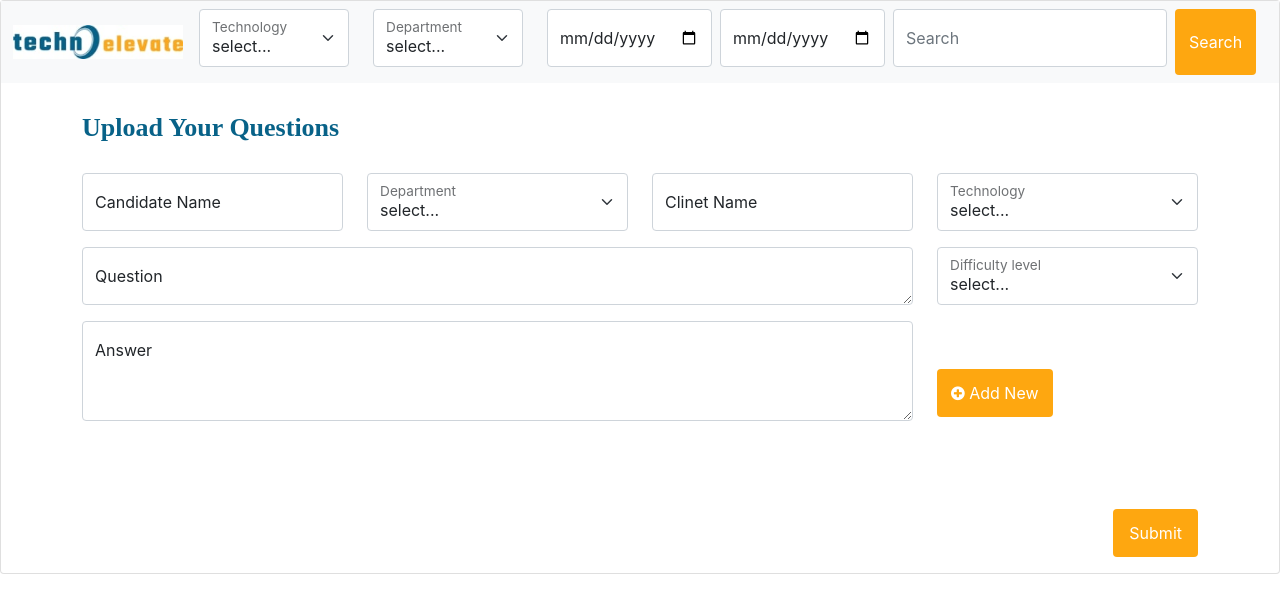
Repository: aajoshi3/casestudy
Page: /
An editor plug-in stored every save of this project. The page is shown before and after the next save, followed by the edit.
The browser window is 1280 px wide. The pictures show the whole page.
The project was rebuilt for these pictures with package versions that can differ from the ones it lists, and the page was loaded fresh each time. Also part of the build but not shown: src/components/CustomNavbar3.js, src/components/SearchView.js.

Above is the page before, as saved 2021-10-11 01:42:16.

### public/index.html
<!DOCTYPE html>
<html lang="en">
  <head>
    <meta charset="utf-8" />
    <link rel="icon" href="%PUBLIC_URL%/favicon.ico" />
    <meta name="viewport" content="width=device-width, initial-scale=1" />
    <meta name="theme-color" content="#000000" />
    <meta
      name="description"
      content="Web site created using create-react-app"
    />
    <link rel="apple-touch-icon" href="%PUBLIC_URL%/logo192.png" />
    <link
    rel="stylesheet"
    href="https://cdn.jsdelivr.net/npm/bootstrap@5.1.1/dist/css/bootstrap.min.css"
    integrity="sha384-F3w7mX95PdgyTmZZMECAngseQB83DfGTowi0iMjiWaeVhAn4FJkqJByhZMI3AhiU"
    crossorigin="anonymous">
    <link rel="stylesheet" href="https://cdnjs.cloudflare.com/ajax/libs/font-awesome/4.7.0/css/font-awesome.min.css">
  <link href="/your-path-to-fontawesome/css/fontawesome.css" rel="stylesheet">
    <link href="/your-path-to-fontawesome/css/brands.css" rel="stylesheet">
    <link href="/your-path-to-fontawesome/css/solid.css" rel="stylesheet">

    <link href="https://cdn.jsdelivr.net/npm/bootstrap@5.0.0-beta3/dist/css/bootstrap.min.css" rel="stylesheet" integrity="sha384-eOJMYsd53ii+scO/bJGFsiCZc+5NDVN2yr8+0RDqr0Ql0h+rP48ckxlpbzKgwra6" crossorigin="anonymous">

    <!--
      manifest.json provides metadata used when your web app is installed on a
      user's mobile device or desktop. See https://developers.google.com/web/fundamentals/web-app-manifest/
    -->
    <link rel="manifest" href="%PUBLIC_URL%/manifest.json" />
    <!--
      Notice the use of %PUBLIC_URL% in the tags above.
      It will be replaced with the URL of the `public` folder during the build.
      Only files inside the `public` folder can be referenced from the HTML.

      Unlike "/favicon.ico" or "favicon.ico", "%PUBLIC_URL%/favicon.ico" will
      work correctly both with client-side routing and a non-root public URL.
      Learn how to configure a non-root public URL by running `npm run build`.
    -->
    <title>React App</title>
  </head>
  <body>
    <noscript>You need to enable JavaScript to run this app.</noscript>
    <div id="root"></div>
    <!--
      This HTML file is a template.
      If you open it directly in the browser, you will see an empty page.

      You can add webfonts, meta tags, or analytics to this file.
      The build step will place the bundled scripts into the <body> tag.

      To begin the development, run `npm start` or `yarn start`.
      To create a production bundle, use `npm run build` or `yarn build`.
    -->
  </body>
</html>

### src/App.js
// import Button from '@restart/ui/esm/Button';
import { Col,  Container,  FloatingLabel, Row } from 'react-bootstrap';
import {Card} from "react-bootstrap"
import './App.css';
import UploadQuestion from './components/UploadQuestion';
import{Form} from "react-bootstrap"
 import CustomNavbar from './components/CustomNavbar';
import CustomNavbar3 from './components/CustomNavbar3';
import routing from './router';
import { BrowserRouter } from 'react-router-dom';
import { useState } from 'react';
// import CustomNav2 from './components/CustomNav2';

function App() {
  const [primaryInfo, setprimaryInfo] = useState({
    candidateName: "",
    department: "",
    clientName: "",
    technology: "",
    questions: [],
  });

  const saveData=()=>{
    const getQuestionsCopy=[...questions]
    setprimaryInfo({
      ...primaryInfo,
      questions:[getQuestionsCopy]
    })
  }

  const updatePrimaryInfo = (event) =>{
    debugger
    setprimaryInfo({
      ...primaryInfo,
      [event.target.name]: event.target.value,
    });
    console.log(primaryInfo)

  };

  const [questions, setquestions] = useState([
    {
      question: "",
      answer: "",
      diffiultyLevel: "",
    },
  ]);




  console.log('---------------------------------------')

  const handleQuestionChange = (i, event) => {
    // debugger
    const arrayQuestionCopy = [...questions];
    arrayQuestionCopy[i].question = event.target.value;
    setquestions(arrayQuestionCopy);
    // console.log(questions[i]);
  };

  const handleLevelChange=(i,event)=>{
    const arrayLevelCopy = [...questions];
    arrayLevelCopy[i].diffiultyLevel = event.target.value;
    setquestions(arrayLevelCopy);
    console.log(questions[i]);
  }

  const handleAnswerChange=(i,event)=>{

    const arrayAnswerCopy = [...questions];
    arrayAnswerCopy[i].answer = event.target.value;
    setquestions(arrayAnswerCopy);
    console.log(questions[i]);
  }

  const handleRemoveClick = (index) => {

    const questionsCopy = [...questions];
    questionsCopy.splice(index, 1);
    setquestions(questionsCopy);
    alert('question is deleted')
  };

  const handleAddClick = () => {
    const questionsCopy = [...questions];
    questionsCopy.push([{ question: "", answer: "", diffiultyLevel: "" }]);
    setquestions(questionsCopy);

  };
  return (
    <BrowserRouter>
    <div className="App">

<Card>
<CustomNavbar />
{routing}
{/* <CustomNav2 /> */}
{/* <CustomNavbar3 /> */}
  <Card.Body>

<Container>
<UploadQuestion />
<Row xs={1} sm={2} md={4} lg={4}>

<Col  ><FloatingLabel  controlId="floatingInput"  label="Candidate Name"  className="mb-3"  size ="md"  id=''>
<Form.Control type="text" placeholder=" hi" name="candidateName"
value={primaryInfo.candidateName}
onChange={(event)=>updatePrimaryInfo(event)}/>
  </FloatingLabel></Col>

    <Col><FloatingLabel controlId="floatingSelect" label="Department" className="mb-3">
  <Form.Select aria-label="Floating label select example" name="department"
  value={primaryInfo.department}
  onChange={(event)=>updatePrimaryInfo(event)}>
    <option>select... </option>
    <option value="1">HR</option>
    <option value="2">IT</option>
    <option value="3">ACCOUNTS</option>
  </Form.Select>
</FloatingLabel></Col>

<Col  ><FloatingLabel  controlId="floatingInput"  label="Clinet Name"  className="mb-3"  size ="md"  id=''>
<Form.Control type="text" placeholder=" hi" name="clientName"
value={primaryInfo.clientName}
onChange={(event)=>updatePrimaryInfo(event)} />
  </FloatingLabel></Col>

    <Col>

    <FloatingLabel controlId="floatingSelect" label="Technology" className="mb-3">
  <Form.Select aria-label="Floating label select example" name="technolody"
  value={primaryInfo.technology}
  onChange={(event)=>updatePrimaryInfo(event)}>
    <option> select...</option>
    <option value="1">React.js</option>
    <option value="2">vue.js</option>
    <option value="3">Angular</option>
    <option value="3">Python</option>
    <option value="3">next.js</option>


  </Form.Select>
</FloatingLabel></Col>
  </Row>
</Container>
{questions.map((val, i) => {
  return(
  <>
<Container >
  <Row  >
  <Col lg={9}     >
  <FloatingLabel    controlId="floatingTextarea" label="Question" className="mb-3">
    <Form.Control as="textarea" placeholder="x"
      value={val.question}
      // onChange={handleChange}
     onChange={(event) => handleQuestionChange(i, event)}/>
  </FloatingLabel>
  </Col>


  <Col lg={3}  md={{ order: 'first' }}  xs={{order: 'first'}} lg={{order:'last'}}   >

  <FloatingLabel controlId="floatingSelect" label="Difficulty level" className="mb-3">
  <Form.Select aria-label="Floating label select example"
    value={val.diffiultyLevel}
    // onChange={handleChange}
   onChange={(event) => handleLevelChange(i, event)}>
    <option> select...</option>
    <option value="1">Easy</option>
    <option value="2">Intermediate</option>
    <option value="3">Expert</option>
  </Form.Select>
</FloatingLabel>
  </Col>
  </Row>

</Container>

<Container   style={{ width: 'white' }}      >
<Row>
      <Col lg={9} >
      <FloatingLabel className="mb-3 " controlId="floatingTextarea2" label="Answer">
    <Form.Control
      as="textarea"
      placeholder=" x"
      style={{ height: '100px' }}
      value={val.answer}
      // onChange={handleChange}
     onChange={(event) => handleAnswerChange(i, event)}
    />
  </FloatingLabel>
   </Col>
   <Col lg={3} >
                        {questions.length !== i+1 && (
                          <button
                            className="btn"
                            onClick={() => handleRemoveClick(i)}
                          >
                            {" "}
                            <svg
                              xmlns="http://www.w3.org/2000/svg"
                              width="16"
                              height="16"
                              fill="currentColor"
                              className="bi bi-trash"
                              viewBox="0 0 16 16"
                            >
                              <path d="M5.5 5.5A.5.5 0 0 1 6 6v6a.5.5 0 0 1-1 0V6a.5.5 0 0 1 .5-.5zm2.5 0a.5.5 0 0 1 .5.5v6a.5.5 0 0 1-1 0V6a.5.5 0 0 1 .5-.5zm3 .5a.5.5 0 0 0-1 0v6a.5.5 0 0 0 1 0V6z" />
                              <path
                                fillRule="evenodd"
                                d="M14.5 3a1 1 0 0 1-1 1H13v9a2 2 0 0 1-2 2H5a2 2 0 0 1-2-2V4h-.5a1 1 0 0 1-1-1V2a1 1 0 0 1 1-1H6a1 1 0 0 1 1-1h2a1 1 0 0 1 1 1h3.5a1 1 0 0 1 1 1v1zM4.118 4 4 4.059V13a1 1 0 0 0 1 1h6a1 1 0 0 0 1-1V4.059L11.882 4H4.118zM2.5 3V2h11v1h-11z"
                              />
                            </svg>{" "}
                            Delete
                          </button>
 )}
                        <br />
                        <br />

                        {/* <Button variant="warning"  style={{ color: 'white' }} ><i class="fas fa-plus-circle"></i> Add New </Button> */}
                        {questions.length - 1 === i && (
                          <button class="btn" onClick={handleAddClick}>
                            <i className="fa fa-plus-circle"></i> Add New
                          </button>
                        )}
                      </Col>
    </Row>

</Container>
</>
              );
            })}

<br/>
<br/>
<br/>


    <Container>
    <button   className="btn1"   style={{ color: 'white' }}  onClick={saveData}> Submit </button>
    </Container>
      </Card.Body>
      </Card>
    </div>
    </BrowserRouter>
  );
}

export default App;

### src/App.css
p{
  text-align: left;
font: normal normal bold 40px/58px Sitka Banner;
letter-spacing: 0px;
color: #086288;
font-size: 26px;
}

input::placeholder{
  color:#086288 ;
}
.mb-3:focus + .form-label {
  color: red;
}

 Container{
  color:#086288 ;

 }
 .btn {
  background-color: rgb(254, 167, 16); /* Blue background */
  border: none; /* Remove borders */
  color: white; /* White text */
  padding: 12px 14px; /* Some padding */
  font-size: 16px; /* Set a font size */
  cursor: pointer; /* Mouse pointer on hover */
  /* margin-top: 50px; */
}

#button1{
  margin-top: 50px;
}
/* Darker background on mouse-over */
.btn:hover {
  background-color: rgb(225, 193, 65);
  color: white; /* White text */

}
.btn1{
  float: right;
  background-color: rgb(254, 167, 16); /* Blue background */
  border: none; /* Remove borders */
  color: white; /* White text */
  padding: 12px 16px; /* Some padding */
  font-size: 16px; /* Set a font size */
  border-radius: 4px;
}
.FloatingLabel:focus::-webkit-input-label {
  color: red;
}
.form-control:focus {
  border-color: #086288;
  box-shadow: 0px 1px 1px rgba(0, 0, 0, 0.075) inset;
}
.form-select:focus{
  border-color: #086288c4;
  box-shadow: 0px 1px 1px rgba(0, 0, 0, 0.075) inset;
}

@media only screen and (max-width: 1000px) {
  .btn {
    float: right;
    margin:0 px;
  }
  #button1{
    margin-top: 0px;
  }
}

#Floating-label1{
  width: 150px;
}
#Floating-label2{
  width: 150px;
  height: auto;
}

@media only screen and (max-width: 1000px) {
  #Floating-label1{
    width: 100%;
  }
  }
  @media only screen and (max-width: 1000px) {
    #Floating-label2{
      width: 100%;
    }
    }

    #date1{
      width: 165px;
      padding: 12px;
    }
    @media only screen and (max-width: 1000px) {
      #date1{
        width: 100%;
      }
      }


      #searchWidth{
  height: auto;
      padding: 16px;
      }

@media only screen and (max-width: 1000px) {
  #searchWidth{
  height: auto;
    width: 100%;
  }
      }
      #button5{
        color: white;
        background-color:#ffa408;
        border: 1px solid #FFC008 ;
        border-radius: 4px;
        padding:0 10px ;
      }

### src/components/UploadQuestion.js
import React from 'react'
// import { Form } from 'react-bootstrap'
// import FloatingLabel from "react-bootstrap-floating-label";
// import Dropdown from 'react-dropdown';
// import { DropdownButton } from 'react-bootstrap';
// import {DropdownToggle} from '@restart/ui/esm/DropdownToggle';
// import {DropdownItem} from '@restart/ui/esm/DropdownItem';
// import 'react-dropdown/style.css';
// import{Container,Row,Col} from "react-bootstrap"



function UploadQuestion() {

          return (
                    <div>
                              <p>Upload Your Questions</p>

                    </div>
          )
}

export default UploadQuestion

### src/components/CustomNavbar.js

import React from 'react'
import { Button,  Container,  FloatingLabel,  Form, FormControl,  Nav, Navbar} from 'react-bootstrap'
import { withRouter } from 'react-router-dom';
// import logo from "./TeLogo"


function CustomNavbar(props) {



    const navigateToHome=()=>{
      console.log(props);
      props.history.push('/')
    }

    const navigateToSearch=()=>{
      console.log(props);
      props.history.push('/Search')
    }
  return (
    <div>

      <div>

      </div>

  <Navbar bg="light" expand="lg"   >
  <Container fluid>
    <Navbar.Brand href="">

      <div><img src={require('../image/logo2.jpg').default}   style={{width:"170px"}} onClick={navigateToHome}  alt="Loading" /></div>

    </Navbar.Brand>

    <Navbar.Toggle aria-controls="navbarScroll" />
    <Navbar.Collapse id="navbarScroll"  >
      <Nav
        className="me-auto my-2 my-lg-0"

        navbarScroll
      >


<FloatingLabel    id="Floating-label1"      className="  me-4  mb-2  form-group  lg"  controlId="floatingSelect" label="Technology" >
  <Form.Select     className="form-control" aria-label="Floating label select example"   >
    <option> select...</option>
    <option value="1">React.js</option>
    <option value="2">vue.js</option>
    <option value="3">Angular</option>
    <option value="3">Python</option>
    <option value="3">next.js</option>
  </Form.Select>
</FloatingLabel>


<FloatingLabel  id="Floating-label2"  className=" me-4  mb-2  form-group  lg" controlId="floatingSelect" label="Department" >
  <Form.Select  className="form-control" aria-label="Floating label select example">
    <option>select... </option>
    <option value="1">HR</option>
    <option value="2">IT</option>
    <option value="3">ACCOUNTS</option>
  </Form.Select>
</FloatingLabel>

      <Form className="d-flex"  >
        <FormControl  id="date1" label="From date"
          type="date"
          placeholder="From Date"
          className="me-2 mb-2"
          aria-label="Search"
          />
      </Form>

      <Form className="d-flex  form-group">
        <FormControl id="date1"
          type="date"
          placeholder="To Date "
          className="me-2 mb-2"
          aria-label="Search"
          />

      </Form     >
      <Form className="d-flex "  >
        <FormControl className="form-group"
          type="search"
          placeholder="Search"
          className="me-2 mb-2"
          aria-label="Search"
          />
        <Button variant="warning" onClick={navigateToSearch}>Search</Button>
      </Form>
          </Nav>
    </Navbar.Collapse>
  </Container>
</Navbar>
    </div>
  )
}

export default withRouter(CustomNavbar)
// export default CustomNavbar

### src/router.js
import { Route} from "react-router-dom";
import UploadQuestion from './components/UploadQuestion'
import SearchView from "./components/SearchView";
const routing=(
  <div>
    {/* <Route exact path='/' component={UploadQuestion}/> */}
    <Route exact path='/Search' component={SearchView}/>
    </div>
)
export default routing

Loaded but not shown: src/index.js (common file); src/index.css (common file); src/reportWebVitals.js (common file)

After the next save:
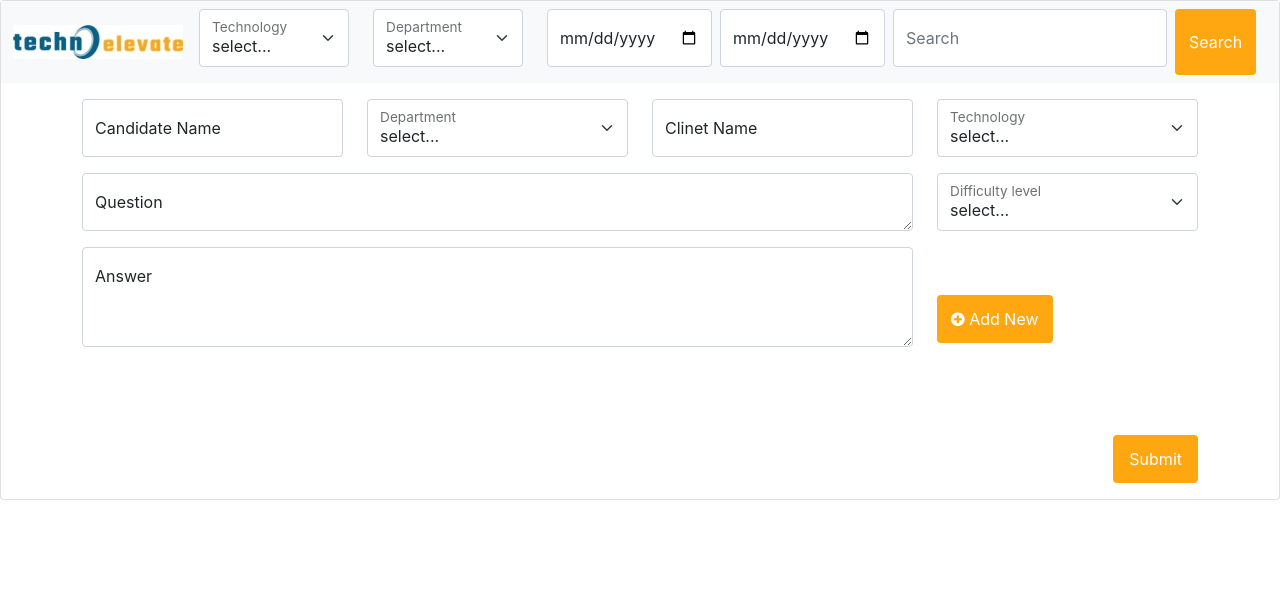
Saved 3 min 34 s later.
--- a/src/App.js
+++ b/src/App.js
@@ -100,7 +100,7 @@ function App() {
   <Card.Body>
 
 <Container>
-<UploadQuestion />
+{/* <UploadQuestion /> */}
 <Row xs={1} sm={2} md={4} lg={4}>
 
 <Col  ><FloatingLabel  controlId="floatingInput"  label="Candidate Name"  className="mb-3"  size ="md"  id=''>
